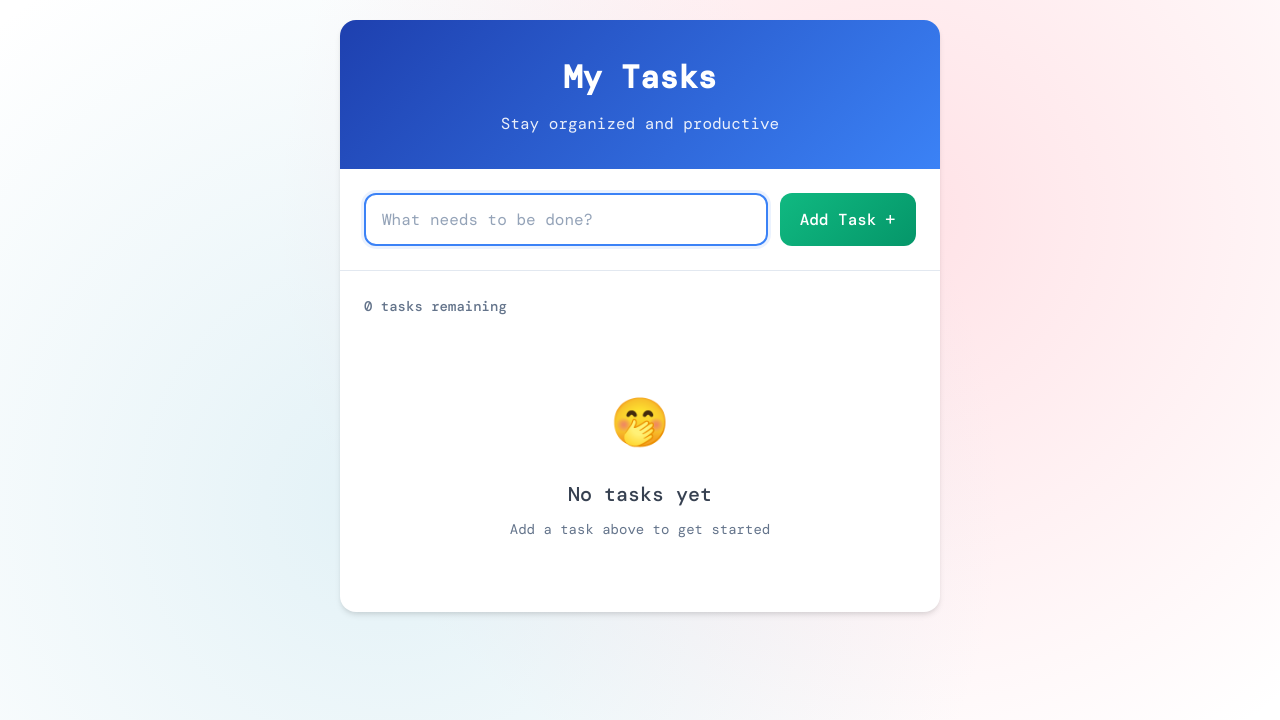
Repository: neelpatel6262/task-manager
Page: index.html
An editor plug-in stored every save of this project. The page is shown before and after the next save, followed by the edit.
The browser window is 1280 px wide. The pictures show the whole page.
Some web fonts or font styles are not loaded; a fallback is used.

Above is the page before, as saved 2025-09-22 14:36:00.

After the next save:
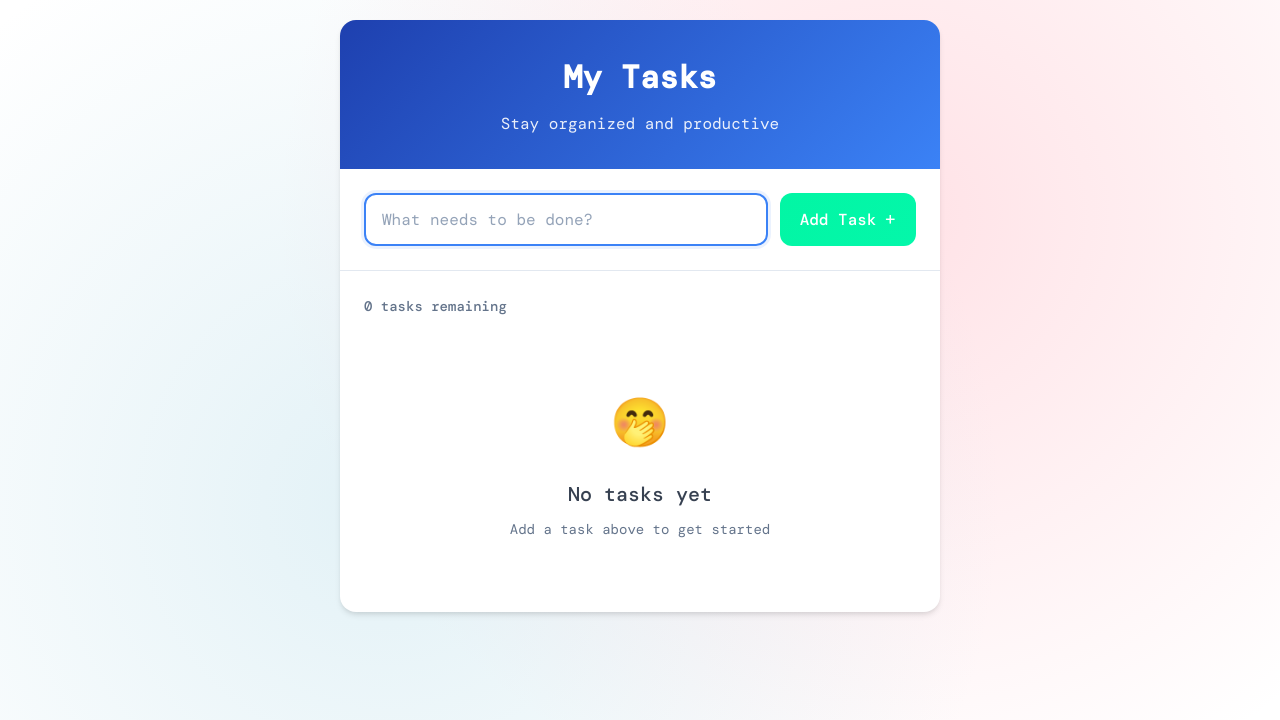
Saved 110 s later.
--- a/style.css
+++ b/style.css
@@ -94,7 +94,7 @@ body {
 }
 
 .add-btn {
-  background: linear-gradient(135deg, #10b981 0%, #059669 100%);
+  background: linear-gradient(135deg, #02f6a4 0%, #04f7aa 100%);
   color: white;
   border: none;
   border-radius: 12px;
@@ -111,7 +111,7 @@ body {
 }
 
 .add-btn:hover {
-  background: linear-gradient(135deg, #059669 0%, #047857 100%);
+  background: linear-gradient(135deg, #59fdc9 0%, #88f7d8 100%);
   transform: translateY(-1px);
 }
 
